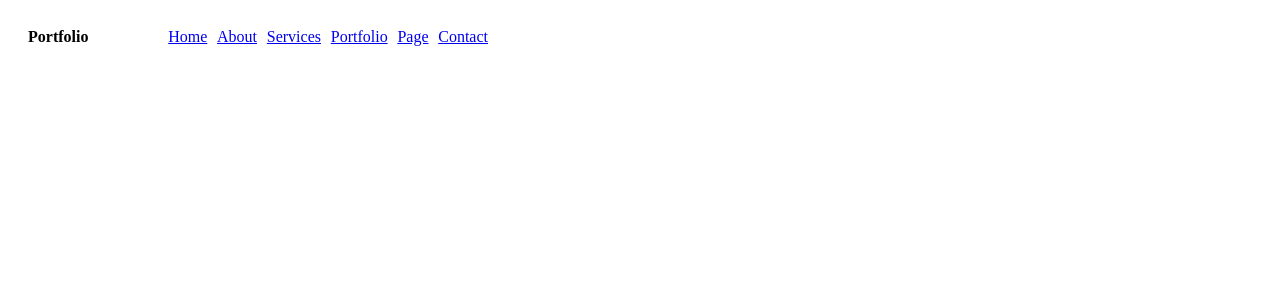
Repository: Tobby004/bdc_task_1
Page: index.html
The author's editor kept a copy of each file at every save. The page is drawn from the files as they stood at one save, then again after the next save.
The browser window is 1280 px wide. The pictures show the whole page.

Above is the page before, as saved 2023-02-18 23:22:04.

### index.html
<!DOCTYPE html>
<html lang="en">
<head>
    <meta charset="UTF-8">
    <meta http-equiv="X-UA-Compatible" content="IE=edge">
    <meta name="viewport" content="width=device-width, initial-scale=1.0">
    <title>Template</title>
    <link rel="stylesheet" href="task.css">
</head>
<header>
    <b> Portfolio</b>
    <a href="#">Home</a>
    <a href="#">About</a>
    <a href="#">Services</a>
    <a href="#">Portfolio</a>
    <a href="#">Page</a>
    <a href="#">Contact</a>
</header>
<body>

</body>
</html>

### task.css
* {
    box-sizing: border-box;
}
header {
    display: flex;
    justify-content: space-between;
    padding: 20px;
    max-width: 500px;
}
header b {
    display: flex;
    margin-right: 70px;
}

After the next save:
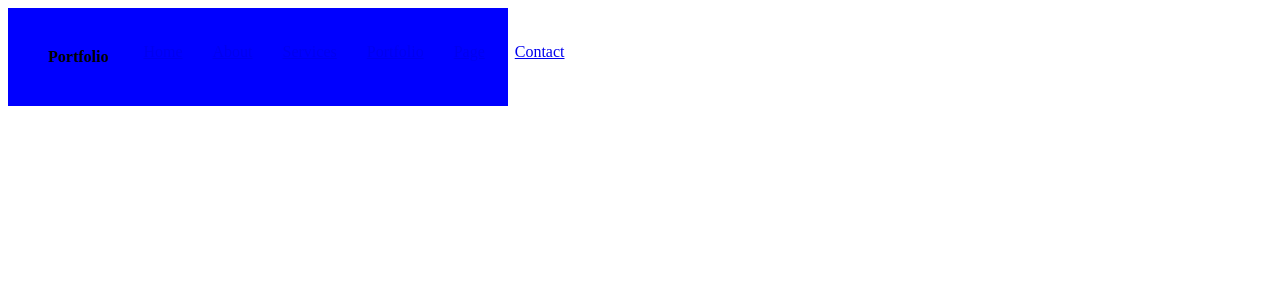
Saved 5 min 4 s later.
--- a/task.css
+++ b/task.css
@@ -3,11 +3,16 @@
 }
 header {
     display: flex;
-    justify-content: space-between;
     padding: 20px;
+    background-color: blue;
     max-width: 500px;
 }
 header b {
     display: flex;
-    margin-right: 70px;
+    padding: 20px;
+
 }
+header a {
+    padding: 15px;
+    display: flex;
+}
